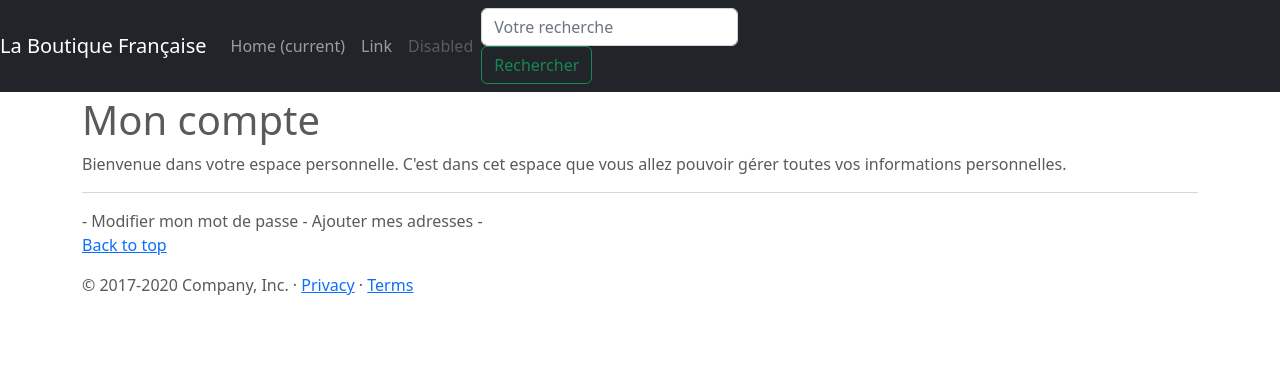
Repository: Coulibaly00180/laboutiquefrancaise
Page: templates/account/index.html.twig
An editor plug-in stored every save of this project. The page is shown before and after the next save, followed by the edit.
The browser window is 1280 px wide. The pictures show the whole page.
The page is a Twig template of a Symfony application; nobody is signed in and links lead nowhere. The template is opened directly, without the code that normally fills it, so the values that code supplies are empty.

Above is the page before, as saved 2023-03-02 10:45:07.

### templates/account/index.html.twig
{% extends 'base.html.twig' %}

{% block title %}Mon compte - La Boutique Française{% endblock %}

{% block content %}
    <h1>Mon compte</h1>
    Bienvenue {{ app.user.firstName}} dans votre espace personnelle.
    C'est dans cet espace que vous allez pouvoir gérer toutes vos informations personnelles.
    <hr>
    -   Modifier mon mot de passe
    -   Ajouter mes adresses
    -
{% endblock %}

### templates/base.html.twig
<!doctype html>
<html lang="fr">
<head>
    <meta charset="utf-8">
    <meta name="viewport" content="width=device-width, initial-scale=1, shrink-to-fit=no">
    <meta name="description" content="">
    <meta name="author" content="Coulibaly Abdoulaye Christian">
    <meta name="generator" content="Jekyll v4.1.1">
    <title>{% block title %}La Boutique Française - 100% Made in French{% endblock %}</title>

    <!-- Bootstrap core CSS -->
    <link href="{{ asset('assets/css/bootstrap.min.css') }}" rel="stylesheet">

    <style>
        .bd-placeholder-img {
            font-size: 1.125rem;
            text-anchor: middle;
            -webkit-user-select: none;
            -moz-user-select: none;
            -ms-user-select: none;
            user-select: none;
        }

        @media (min-width: 768px) {
            .bd-placeholder-img-lg {
                font-size: 3.5rem;
            }
        }
    </style>
    <!-- Custom styles for this template -->
    <link href="{{ asset('assets/css/carousel.css') }}" rel="stylesheet">
</head>
<body>
    <header>
        <nav class="navbar navbar-expand-md navbar-dark fixed-top bg-dark">
            <a class="navbar-brand" href="#">La Boutique Française</a>
            <button class="navbar-toggler" type="button" data-toggle="collapse" data-target="#navbarCollapse" aria-controls="navbarCollapse" aria-expanded="false" aria-label="Toggle navigation">
                <span class="navbar-toggler-icon"></span>
            </button>
            <div class="collapse navbar-collapse" id="navbarCollapse">
                <ul class="navbar-nav mr-auto">
                    <li class="nav-item active">
                        <a class="nav-link" href="#">Home <span class="sr-only">(current)</span></a>
                    </li>
                    <li class="nav-item">
                        <a class="nav-link" href="#">Link</a>
                    </li>
                    <li class="nav-item">
                        <a class="nav-link disabled" href="#" tabindex="-1" aria-disabled="true">Disabled</a>
                    </li>
                </ul>
                <form class="form-inline mt-2 mt-md-0">
                    <input class="form-control mr-sm-2" type="text" placeholder="Votre recherche" aria-label="Search">
                    <button class="btn btn-outline-success my-2 my-sm-0" type="submit">Rechercher</button>
                </form>
            </div>
        </nav>
    </header>

    <main role="main">

        {% if block('carousel') is defined %}

        <div id="myCarousel" class="carousel slide" data-ride="carousel">
            <ol class="carousel-indicators">
                <li data-target="#myCarousel" data-slide-to="0" class="active"></li>
                <li data-target="#myCarousel" data-slide-to="1"></li>
                <li data-target="#myCarousel" data-slide-to="2"></li>
            </ol>
            <div class="carousel-inner">
                <div class="carousel-item active">
                    <svg class="bd-placeholder-img" width="100%" height="100%" xmlns="http://www.w3.org/2000/svg" preserveAspectRatio="xMidYMid slice" focusable="false" role="img"><rect width="100%" height="100%" fill="#777"/></svg>
                    <div class="container">
                        <div class="carousel-caption text-left">
                            <h1>Example headline.</h1>
                            <p>Cras justo odio, dapibus ac facilisis in, egestas eget quam. Donec id elit non mi porta gravida at eget metus. Nullam id dolor id nibh ultricies vehicula ut id elit.</p>
                            <p><a class="btn btn-lg btn-primary" href="#" role="button">Sign up today</a></p>
                        </div>
                    </div>
                </div>
                <div class="carousel-item">
                    <svg class="bd-placeholder-img" width="100%" height="100%" xmlns="http://www.w3.org/2000/svg" preserveAspectRatio="xMidYMid slice" focusable="false" role="img"><rect width="100%" height="100%" fill="#777"/></svg>
                    <div class="container">
                        <div class="carousel-caption">
                            <h1>Another example headline.</h1>
                            <p>Cras justo odio, dapibus ac facilisis in, egestas eget quam. Donec id elit non mi porta gravida at eget metus. Nullam id dolor id nibh ultricies vehicula ut id elit.</p>
                            <p><a class="btn btn-lg btn-primary" href="#" role="button">Learn more</a></p>
                        </div>
                    </div>
                </div>
                <div class="carousel-item">
                    <svg class="bd-placeholder-img" width="100%" height="100%" xmlns="http://www.w3.org/2000/svg" preserveAspectRatio="xMidYMid slice" focusable="false" role="img"><rect width="100%" height="100%" fill="#777"/></svg>
                    <div class="container">
                        <div class="carousel-caption text-right">
                            <h1>One more for good measure.</h1>
                            <p>Cras justo odio, dapibus ac facilisis in, egestas eget quam. Donec id elit non mi porta gravida at eget metus. Nullam id dolor id nibh ultricies vehicula ut id elit.</p>
                            <p><a class="btn btn-lg btn-primary" href="#" role="button">Browse gallery</a></p>
                        </div>
                    </div>
                </div>
            </div>
            <a class="carousel-control-prev" href="#myCarousel" role="button" data-slide="prev">
                <span class="carousel-control-prev-icon" aria-hidden="true"></span>
                <span class="sr-only">Previous</span>
            </a>
            <a class="carousel-control-next" href="#myCarousel" role="button" data-slide="next">
                <span class="carousel-control-next-icon" aria-hidden="true"></span>
                <span class="sr-only">Next</span>
            </a>
        </div>

        {% endif %}


        <!-- Marketing messaging and featurettes
        ================================================== -->
        <!-- Wrap the rest of the page in another container to center all the content. -->

        <div class="container marketing {% if block('carousel') is not defined %} mt-5 {% endif %}">

            {% block content %}

            {% endblock %}

        </div><!-- /.container -->

        <!-- FOOTER -->
        <footer class="container">
            <p class="float-right"><a href="#">Back to top</a></p>
            <p>&copy; 2017-2020 Company, Inc. &middot; <a href="#">Privacy</a> &middot; <a href="#">Terms</a></p>
        </footer>
    </main>
    <script src="https://code.jquery.com/jquery-3.5.1.slim.min.js"></script>
    <script src="{{ asset('assets/js/bootstrap.bundle.js') }}"></script>
</body>
</html>

### public/assets/css/carousel.css
/* GLOBAL STYLES
-------------------------------------------------- */
/* Padding below the footer and lighter body text */

body {
    padding-top: 3rem;
    padding-bottom: 3rem;
    color: #5a5a5a;
}


/* CUSTOMIZE THE CAROUSEL
-------------------------------------------------- */

/* Carousel base class */
.carousel {
    margin-bottom: 4rem;
}
/* Since positioning the image, we need to help out the caption */
.carousel-caption {
    bottom: 3rem;
    z-index: 10;
}

/* Declare heights because of positioning of img element */
.carousel-item {
    height: 32rem;
}
.carousel-item > img {
    position: absolute;
    top: 0;
    left: 0;
    min-width: 100%;
    height: 32rem;
}


/* MARKETING CONTENT
-------------------------------------------------- */

/* Center align the text within the three columns below the carousel */
.marketing .col-lg-4 {
    margin-bottom: 1.5rem;
    text-align: center;
}
.marketing h2 {
    font-weight: 400;
}
.marketing .col-lg-4 p {
    margin-right: .75rem;
    margin-left: .75rem;
}


/* Featurettes
------------------------- */

.featurette-divider {
    margin: 5rem 0; /* Space out the Bootstrap <hr> more */
}

/* Thin out the marketing headings */
.featurette-heading {
    font-weight: 300;
    line-height: 1;
    letter-spacing: -.05rem;
}


/* RESPONSIVE CSS
-------------------------------------------------- */

@media (min-width: 40em) {
    /* Bump up size of carousel content */
    .carousel-caption p {
        margin-bottom: 1.25rem;
        font-size: 1.25rem;
        line-height: 1.4;
    }

    .featurette-heading {
        font-size: 50px;
    }
}

@media (min-width: 62em) {
    .featurette-heading {
        margin-top: 7rem;
    }
}

Loaded but not shown: public/assets/css/bootstrap.min.css (library); public/assets/js/bootstrap.bundle.js (library)

After the next save:
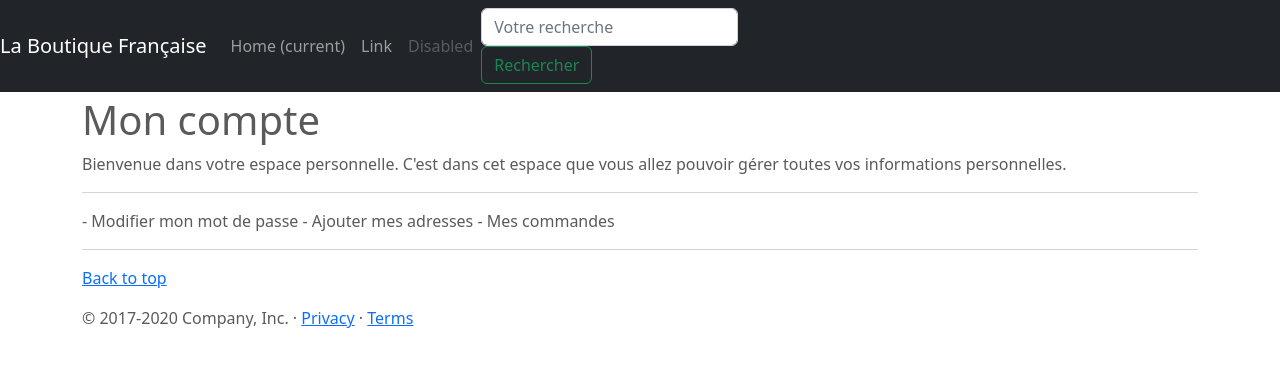
Saved 21 s later.
--- a/templates/account/index.html.twig
+++ b/templates/account/index.html.twig
@@ -9,5 +9,6 @@
     <hr>
     -   Modifier mon mot de passe
     -   Ajouter mes adresses
-    -
+    -   Mes commandes
+    <hr>
 {% endblock %}
